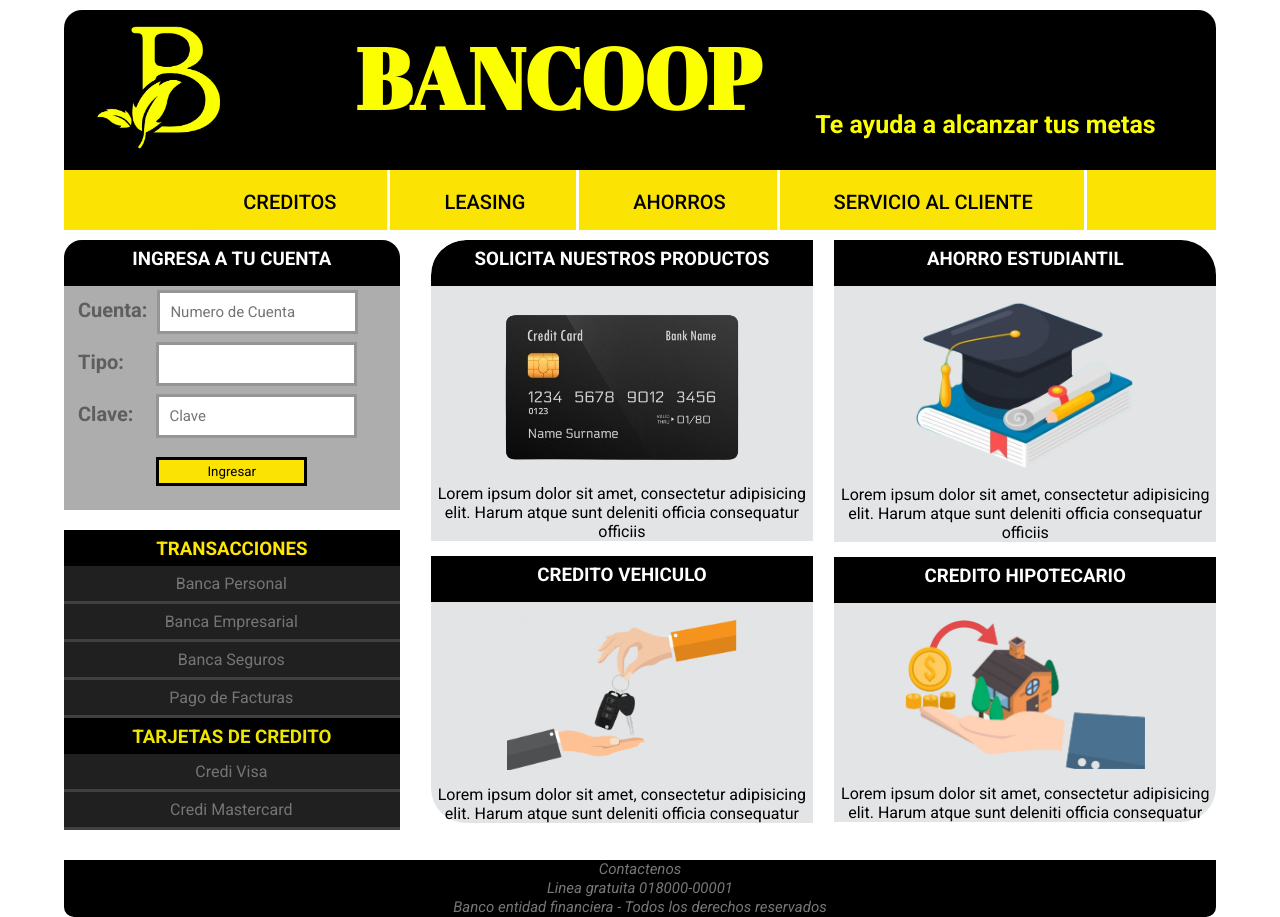
Repository: NickArregoces/BANCOOP
Page: Index.html
An editor plug-in stored every save of this project. The page is shown before and after a run of saves, followed by the edit.
The browser window is 1280 px wide. The pictures show the whole page.

Above is the page before, as saved 2021-10-15 10:36:17.

### Index.html
<!DOCTYPE html>
<html lang="en">
<head>
    <meta charset="UTF-8">
    <meta http-equiv="X-UA-Compatible" content="IE=edge">
    <meta name="viewport" content="width=device-width, initial-scale=1.0">
    <title>BANCOOP Home</title>
    <bgsound src="musica.mid"></bgsound>
    <link rel="stylesheet" href="/CSS/Style.css">
    <link href="https://fonts.googleapis.com/css2?family=Roboto:ital,wght@0,100;0,300;0,400;0,500;0,700;0,900;1,100;1,300;1,400;1,500;1,700;1,900&display=swap" rel="stylesheet">
    <link rel="preconnect" href="https://fonts.googleapis.com">
    <link rel="preconnect" href="https://fonts.gstatic.com" crossorigin>
    <link href="https://fonts.googleapis.com/css2?family=Abril+Fatface&display=swap" rel="stylesheet">

</head>
<body>
    <header>
            <div class="image">
                <img src="/Images/logo1.png" alt="logo">
            </div>
            <div class="title" >
                <h1>BANCOOP</h1>
                <h3>Te ayuda a alcanzar tus metas</h3>
            </div>

    </header>

    <nav class="barra"></nav>

            <div class="navegador">
                <ul class="menu">
                    <li><a href="/Creditos.html">Creditos</a></li>
                    <li><a href="/Leasing.html">leasing</a></li>
                    <li><a href="/Ahorros.html">Ahorros</a></li>
                    <li><a href="/Servicio.html">Servicio al cliente</a></li>
                </ul>
            </div>

        <div id="Contenido">
            <div class="section">
                <form action="" class="login">
                    <h3 style="color: rgb(255, 255, 255);">INGRESA A TU CUENTA</h3>
                        <div class="cuenta">
                            <h4>Cuenta:<input type="number" placeholder="Numero de Cuenta" required></h4>
                        </div>

                        <div class="tipo">
                            <h4>Tipo:<input type="text" required></h4>
                        </div>

                        <div class="clave">
                            <h4>Clave:<input type="password" placeholder="Clave" required></h4>
                        </div>

                    <div class="center">
                        <button class="sumbit"> Ingresar </button>
                    </div>

                </form>

                <article class="opciones">
                    <h3 style="color: rgb(255, 230, 0);">TRANSACCIONES</h3>
                    <li><a href="#">Banca Personal</a></li>
                    <li><a href="#">Banca Empresarial</a></li>
                    <li><a href="#">Banca Seguros</a></li>
                    <li><a href="#">Pago de Facturas</a></li>

                    <h3 style="color: rgb(238, 230, 0);">TARJETAS DE CREDITO</h3>
                    <li><a href="#">Credi Visa</a></li>
                    <li><a href="#">Credi Mastercard</a></li>
                </article>
            </div>

            <div id="Cuadros">
                <aside>
                    <div class="solicita">
                        <h3 style="color: rgb(255, 255, 255);">SOLICITA NUESTROS PRODUCTOS</h3>

                        <div id="Prueba">
                        <img id="Prubea" src="/Images/credit.png" alt="">
                        </div>

                        <p>Lorem ipsum dolor sit amet, consectetur adipisicing elit.
                            Harum atque sunt deleniti officia consequatur officiis</p>
                    </div>

                    <div class="ahorro">
                        <h3 style="color: rgb(255, 255, 255);">AHORRO ESTUDIANTIL</h3>

                        <div id="Prueba">
                        <img id="Prubea" src="/Images/Captura de pantalla 2021-10-04 181948.png" alt="">
                        </div>

                        <p>Lorem ipsum dolor sit amet, consectetur adipisicing elit.
                            Harum atque sunt deleniti officia consequatur officiis</p>
                    </div>

                    <div class="credito">
                        <h3 style="color: rgb(255, 255, 255);">CREDITO VEHICULO</h3>

                        <div id="Prueba">
                        <img id="Prubea" src="/Images/Captura de pantalla 2021-10-04 192824.png" alt="">
                        </div>

                        <p>Lorem ipsum dolor sit amet, consectetur adipisicing elit.
                            Harum atque sunt deleniti officia consequatur</p>
                    </div>
                    <div class="hipotecario">
                        <h3 style="color: rgb(255, 255, 255);">CREDITO HIPOTECARIO</h3>

                        <div id="Prueba">
                        <img id="Prubea" src="/Images/Wallpaper(80).jpg" alt="">
                        </div>

                        <p>Lorem ipsum dolor sit amet, consectetur adipisicing elit.
                            Harum atque sunt deleniti officia consequatur </p>
                    </div>
                </aside>
            </div>

            <div>
                <footer>
                        <p>Contactenos</p>
                        <p>Linea gratuita 018000-00001</p>
                        <p>Banco entidad financiera
                        - Todos los derechos reservados</p>
                </footer>
            </div>
        </div>

</body>
</html>

### CSS/Style.css

*{
    margin: 0 auto;
    padding: 0;
    list-style:none;
    font-family: 'Roboto', sans-serif;
}
body{
    font-family: Arial, Helvetica, sans-serif;
    background: rgb(255, 255, 255);
    width: 90%;
    color: rgb(0, 0, 0);
}
header{
    display: flex;
    justify-content: space-around;
    padding: 10px 0px;
    margin-top: 10px;
    background:rgb(0, 0, 0);
    border-top-left-radius:  18px;
    border-top-right-radius:  18px;
    height: 120px;
}
    /*Logo*/
    .image img{
        float: left;
        width: 130px;
        cursor: pointer;
        /*margin-left: 330px;
        margin-top: 5px;*/
    }
    header .title h1{
        width: 400px;
        height: 90px;
        margin-left: 70px;
        font-family: 'Abril Fatface', cursive;
        font-size: 85px;
        text-align: center;
        color: rgb(251, 255, 0);
    }

    header .title h3{
        width: 400px;
        margin-left: 500px;
        font-size: 25px;
        text-align: center;
        color: rgb(251, 255, 0);
    }

nav.barra{
    background: rgb(0, 0, 0);
    height: 20px;
}
div.navegador{
    background: rgb(251, 227, 3);
    justify-content: space-around;
    align-items: center;
    display:flex
}
    ul.menu{
        border-bottom-left-radius: 20px 20px;
        border-bottom-right-radius: 20px 20px;
        background: rgb(251, 227, 3);
        height: 60px;
        list-style: none;
        padding: 0;
        max-width: 10000px;
    }
    .menu a{
        height: 20px;
        font-size: 20px;
        font-weight: 500;
        margin-right: 1px;
        text-transform: uppercase;
        text-decoration: none;
        color:black;
        padding: 20px;
        display: inline-block;
        transition: all 0.3s;
    }
    .menu li {
        border-right: solid white;
        display: inline-block;
        padding: 0px 30px;
        list-style: none;

        }
    .menu a:hover{
        background: #8d8405b6;
        color: white;
        border-radius: 10px;
        padding: 10px 18px;
        }

.section{
    width: 30%;
    float: left;
}
    /*Formulario Login*/
    form{
        background: rgb(173, 173, 173);
        border-top-left-radius: 18px;
        border-top-right-radius: 18px;
        margin-top: 10px;
        margin-right:10px;
        margin-bottom: 10px;
        height: 270px;
    }
        form h3{
            text-align: center;
            background: black;
            height: 30px;
            padding: 8px;
            border-top-left-radius: 18px;
            border-top-right-radius: 18px;
        }
        form h4{
            font-size: 20px;
            padding: 4px;
            margin-left: 10px;
            color: rgb(95, 93, 93);

        }
        form input{
            font-size: 15px;
            width: 55%;
            padding: 10px;
            display: inline;
            border: solid rgb(149, 149, 149);
            margin-left: 10px;
        }
        div.clave input {
            margin-left: 23px;
        }
        div.tipo input {
            margin-left: 32px;
        }
        div.center{
            margin-top: 10px;
            margin: auto;
            text-align: center;
            width: 50%;
            cursor: pointer;
        }
        button{
            margin-top: 15px;
            width: 90%;
            padding: 4px;
            background: rgb(251, 227, 3);
            border: solid black;
            cursor: pointer;
        }
        button:hover{
            background: #000000;
            color: rgb(251, 227, 3);
            border-radius: 8px;
        }
    /*Menu lateral*/
    article {
        height: 300px;
        background: rgb(32, 32, 32);
        margin-top: 20px;
        margin-right:10px;
        margin-bottom: 10px;
    }
        article h3{
            text-align: center;
            padding: 8px;
            height: 20px;
            background: black;
        }
        .opciones li a{
            font-size: 16px;
            margin-right: 1px;
            text-align: center;
            text-decoration: none;
            color:rgb(117, 117, 117);
            padding: 8px;
            display: inline-block;
        }
        .opciones li {
            border-bottom: solid rgba(68, 68, 68, 0.897);
            text-align: center;
            display:inline-flexbox;
            }
        .opciones li a:hover{
            background: #242323b6;
            color: rgb(251, 227, 3);
            padding: 10px;
            }

    /*Servicios*/
aside{
    width: 69%;
    height: 610px;
    margin-top: 10px;
    float: right;
    margin-bottom: 10px;
                justify-content: space-around;

}
    div.solicita{
        width: 48%;
        float: left;
        border-top-left-radius: 35px;
        margin-left: 10px;
        background: #e3e4e5;
        text-align:center;
        overflow:hidden;
    }
    /*Centrado Imagenes aside*/
    #Prueba{
        display: flex;
        align-items: center;
        justify-content: center;
    }
        div.solicita img {
            width: 250px;
            margin-top: 15px;
            margin-bottom: 15px;
            cursor:pointer;
        }
        /*Efecto Imagenes aside*/
        div aside img:hover{
            -webkit-transform:scale(1.1);
            transform:scale(1.1);
        }
        div.solicita h3{
            text-align: center;
            background: black;
            height: 30px;
            padding: 8px;
            border-top-left-radius: 35px;
        }
        div.solicita p{
            display: inline-block;
            text-align: center;
        }

    div.ahorro {
        width: 48%;
        float: right;
        border-top-right-radius: 35px;
        margin-left: 10px;
        background: #e3e4e5;
    }
        div.ahorro img {
            width: 220px;
            margin-top: 15px;
            margin-bottom: 15px;
            cursor:pointer;
        }
        div.ahorro h3{
            text-align: center;
            background: black;
            height: 30px;
            padding: 8px;
            border-top-right-radius: 35px;
        }
        div.ahorro p{
            display: inline-block;
            text-align: center;
        }

    div.credito {
        width: 48%;
        float: left;
        margin-top: 15px;
        border-bottom-left-radius: 35px;
        margin-left: 10px;
        background: #e3e4e5;
    }
        div.credito img {
            width: 230px;
            margin-top: 15px;
            margin-bottom: 15px;
            cursor:pointer;
        }
        div.credito h3{
            text-align: center;
            background: black;
            height: 30px;
            padding: 8px;
        }
        div.credito p{
            display: inline-block;
            text-align: center;
        }

    div.hipotecario {
        width: 48%;
        float: right;
        border-top-right-radius: 35px;
        border-bottom-right-radius: 35px;
        margin-top: 15px;
        background: #e3e4e5;
        }
            div.hipotecario img {
                width: 240px;
                margin-top: 15px;
                margin-bottom: 15px;
                cursor:pointer;
            }
            div.hipotecario h3{
                text-align: center;
                background: black;
                height: 30px;
                padding: 8px;
            }
            div.hipotecario p{
                display: inline-block;
                text-align: center;
            }

    /*Pie de Pagina*/
footer{
    background: black;
    clear: both;
    border-bottom-left-radius: 10px;
    border-bottom-right-radius: 10px;
}
    footer p{
        font-size: 15px;
        text-align: center;
        line-height: 15px;
        color: rgb(121, 119, 119);
        font-style:italic;
        padding: 2px;
    }

After the next 2 saves:
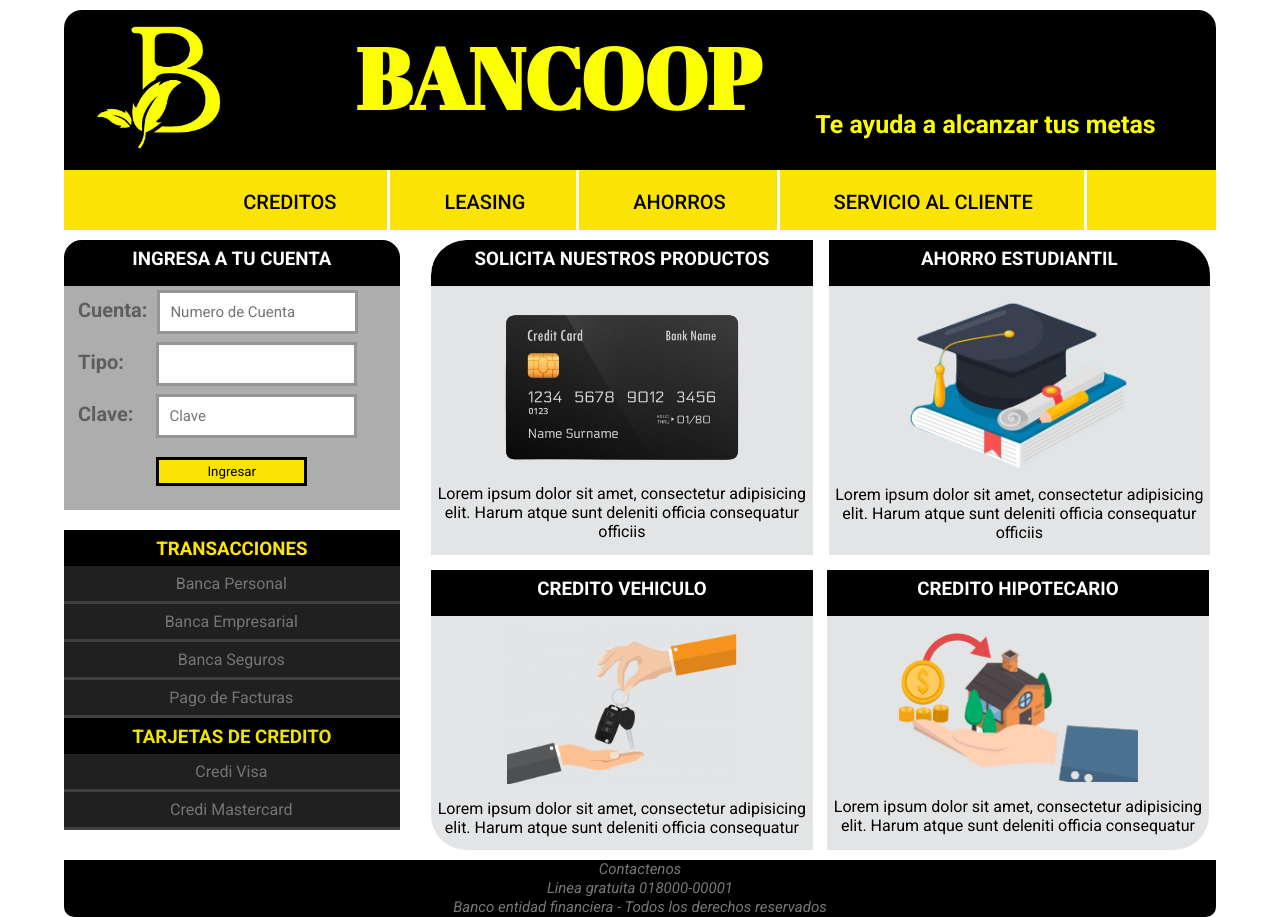
The 2 saves are shown as one change because they came seconds apart.
The last was saved 7 s later.
--- a/CSS/Style.css
+++ b/CSS/Style.css
@@ -196,8 +196,8 @@ aside{
     margin-top: 10px;
     float: right;
     margin-bottom: 10px;
-                justify-content: space-around;
-
+    display: flex;
+    flex-flow: row wrap;
 }
     div.solicita{
         width: 48%;
